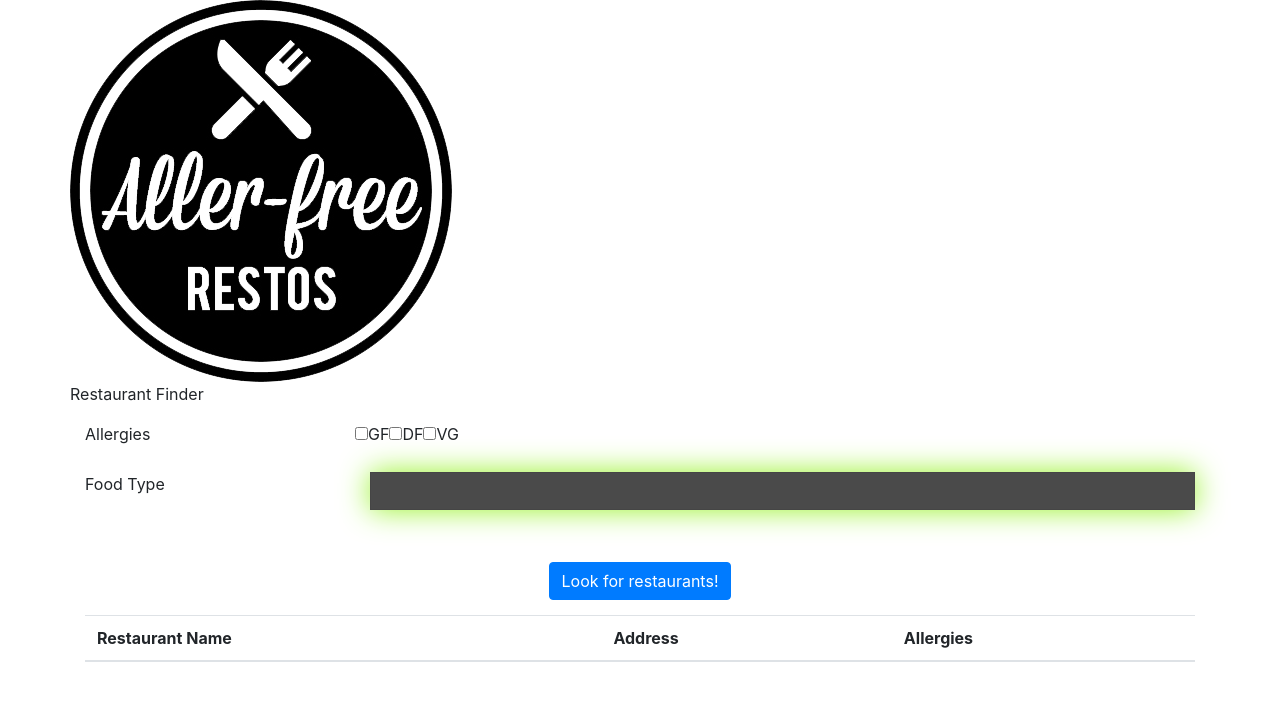
Repository: KobeRox/Loremips
Page: index.html
The author's editor kept a copy of each file at every save. The page is drawn from the files as they stood at one save, then again after the next save.
The browser window is 1280 px wide. The pictures show the whole page.
The first visible `#searchbar` has the focus.
Some web libraries are served in a nearby version.

Above is the page before, as saved 2019-09-08 16:41:19.
Console error: TypeError: Cannot read properties of undefined (reading 'fn')

### index.html
<html>

<head>
    <link rel="stylesheet" href="style.css">
    <link rel="stylesheet" href="https://stackpath.bootstrapcdn.com/bootstrap/4.3.1/css/bootstrap.min.css"
        integrity="sha384-ggOyR0iXCbMQv3Xipma34MD+dH/1fQ784/j6cY/iJTQUOhcWr7x9JvoRxT2MZw1T" crossorigin="anonymous">
    <script src="https://stackpath.bootstrapcdn.com/bootstrap/4.3.1/js/bootstrap.min.js"
        integrity="sha384-JjSmVgyd0p3pXB1rRibZUAYoIIy6OrQ6VrjIEaFf/nJGzIxFDsf4x0xIM+B07jRM"
        crossorigin="anonymous"></script>
    <script src="https://ajax.googleapis.com/ajax/libs/jquery/3.4.1/jquery.min.js"></script>
    <script src="https://code.jquery.com/ui/1.12.1/jquery-ui.min.js"></script>
    <script src="zomato_cuisines.js"></script>
    <script src="zomato_restaurants.js"></script>
    <script src="contractResponse.js"></script>
    <script src="convertDataToHtml.js"></script>
    <script type="text/javascript" charset="utf-8">

        $(document).ready(function () {
            $("#searchbar").autocomplete({
                minLength: 0,
                source: get_cuisineList(),
                focus: function (event, ui) {
                    $("#searchbar").val(ui.item.label);
                    return false;
                },
                select: function (event, ui) {
                    $("#searchbar").val(ui.item.label);
                    return false;
                }
            })

            $("#clicking").click(function () {
                var search = $('#searchbar').val();
                console.log(search)
                var c_list = get_cuisineList();
                console.log(c_list);
                var c_id = get_cuisineId(search);
                console.log(c_id);
                get_restaurants(c_id, function (data) {
                    console.log(data);
                    convertDataToHtml(data);
                });
            });
        });
    </script>
</head>

<body>
    <div class="container">
        <div class="panel-heading">
            <div class="row">
				<div class="col-xs-12">
					<img src="allerfreerestos_logo.png">
				</div>
            </div>
        </div>
        <div class="panel-body">

            <div class="row" style="text-align: center;">
                <p>Restaurant Finder</p>
            </div>
            <div class="row" style="margin-bottom: 10px;">
                <div class="col-xs-3 col-md-3">
                    <p>Allergies</p>
                </div>
                <div class=" col-xs-3 checkbox" style="margin-top: 0px !important">
                    <label>
                        <input type="checkbox" value="apple">GF
                    </label>
                </div>
                <div class=" col-xs-3 checkbox">
                    <label>
                        <input type="checkbox" value="pear">DF
                    </label>
                </div>
                <div class=" col-xs-3 checkbox">
                    <label>
                        <input type="checkbox" value="orange">VG
                    </label>
                </div>
            </div>


            <div class="row" style="margin-bottom: 50px;">
                <div class="col-xs-3 col-md-3">
                    <p>Food Type</p>
                </div>


                <div class="col-xs-9 col-md-9">
                    <input type="text" class="form-control" id='searchbar'>
                </div>

            </div>
            <div class="row" style="text-align: center;">
                <div class="col-xs-12 col-md-12">
                    <button type="button" class="btn btn-primary" style="margin-bottom: 15px;" id="clicking">Look
                        for restaurants!</button>
                </div>
            </div>
        </div>

        <div class="row">
            <div class="col-xs-12 col-md-12">
                <table class="table">
                    <thead>
                        <tr>
                            <th scope="col">Restaurant Name</th>
                            <th scope="col">Address</th>
                            <th scope="col">Allergies</th>
                        </tr>
                    <tbody id="restoResults">

                    </tbody>
                    </thead>
                </table>
            </div>


        </div>
        <!-- <div class="panel-footer"></div> -->
    </div>


</body>

</html>

### style.css
#searchbar {
  border-radius: 0px;
  background: #4a4a4a;
  color: #ce7f7f;
  border: 1px solid #454545;
  height: 0 0 30px;
}
#searchbar:hover {
  background: gray;
}

#searchbar:focus {
  box-shadow: 0 0 30px #96f226;
}
.ui-tooltip {
  background: yellow;
  color: #96f226;
  border: 2px solid navy;
  border-radius: 0px;
  box-shadow: 0 0;
}
.ui-autocomplete {
  background: #4a4a4a;
  border-radius: 0px;
}
.ui-autocomplete.source:hover {
  background: #2b9aa8;
}

.ui-menu .ui-menu-item a {
  background: red;
  height: 10px;
  font-size: 8px;
}

### zomato_cuisines.js
function get_cuisineId(name){

	for(var i=0; i<list_cuisine.length; i++){
		if (list_cuisine[i]["cuisine"]["cuisine_name"] == name)
			return list_cuisine[i]["cuisine"]["cuisine_id"];
	}
}

function get_cuisineList(){
	var cuisine_names= [];
	for(var i=0; i<6; i++){
		cuisine_names.push(list_cuisine[i]["cuisine"]["cuisine_name"]);
	}
	return cuisine_names;
}
var  list_cuisine = [
        {
            "cuisine": {
                "cuisine_id": 6,
                "cuisine_name": "Afghani"
            }
        },
        {
            "cuisine": {
                "cuisine_id": 152,
                "cuisine_name": "African"
            }
        },
        {
            "cuisine": {
                "cuisine_id": 1,
                "cuisine_name": "American"
            }
        },
        {
            "cuisine": {
                "cuisine_id": 4,
                "cuisine_name": "Arabian"
            }
        },
        {
            "cuisine": {
                "cuisine_id": 151,
                "cuisine_name": "Argentine"
            }
        },
        {
            "cuisine": {
                "cuisine_id": 3,
                "cuisine_name": "Asian"
            }
        },
        {
            "cuisine": {
                "cuisine_id": 401,
                "cuisine_name": "Asian Fusion"
            }
        },
        {
            "cuisine": {
                "cuisine_id": 193,
                "cuisine_name": "BBQ"
            }
        },
        {
            "cuisine": {
                "cuisine_id": 5,
                "cuisine_name": "Bakery"
            }
        },
        {
            "cuisine": {
                "cuisine_id": 227,
                "cuisine_name": "Bar Food"
            }
        },
        {
            "cuisine": {
                "cuisine_id": 132,
                "cuisine_name": "Belgian"
            }
        },
        {
            "cuisine": {
                "cuisine_id": 270,
                "cuisine_name": "Beverages"
            }
        },
        {
            "cuisine": {
                "cuisine_id": 159,
                "cuisine_name": "Brazilian"
            }
        },
        {
            "cuisine": {
                "cuisine_id": 133,
                "cuisine_name": "British"
            }
        },
        {
            "cuisine": {
                "cuisine_id": 247,
                "cuisine_name": "Bubble Tea"
            }
        },
        {
            "cuisine": {
                "cuisine_id": 168,
                "cuisine_name": "Burger"
            }
        },
        {
            "cuisine": {
                "cuisine_id": 1039,
                "cuisine_name": "Cafe Food"
            }
        },
        {
            "cuisine": {
                "cuisine_id": 111,
                "cuisine_name": "Cambodian"
            }
        },
        {
            "cuisine": {
                "cuisine_id": 121,
                "cuisine_name": "Cantonese"
            }
        },
        {
            "cuisine": {
                "cuisine_id": 994,
                "cuisine_name": "Charcoal Chicken"
            }
        },
        {
            "cuisine": {
                "cuisine_id": 25,
                "cuisine_name": "Chinese"
            }
        },
        {
            "cuisine": {
                "cuisine_id": 161,
                "cuisine_name": "Coffee and Tea"
            }
        },
        {
            "cuisine": {
                "cuisine_id": 287,
                "cuisine_name": "Colombian"
            }
        },
        {
            "cuisine": {
                "cuisine_id": 144,
                "cuisine_name": "Contemporary"
            }
        },
        {
            "cuisine": {
                "cuisine_id": 35,
                "cuisine_name": "Continental"
            }
        },
        {
            "cuisine": {
                "cuisine_id": 928,
                "cuisine_name": "Creole"
            }
        },
        {
            "cuisine": {
                "cuisine_id": 881,
                "cuisine_name": "Crepes"
            }
        },
        {
            "cuisine": {
                "cuisine_id": 192,
                "cuisine_name": "Deli"
            }
        },
        {
            "cuisine": {
                "cuisine_id": 100,
                "cuisine_name": "Desserts"
            }
        },
        {
            "cuisine": {
                "cuisine_id": 268,
                "cuisine_name": "Drinks Only"
            }
        },
        {
            "cuisine": {
                "cuisine_id": 985,
                "cuisine_name": "Dumplings"
            }
        },
        {
            "cuisine": {
                "cuisine_id": 38,
                "cuisine_name": "European"
            }
        },
        {
            "cuisine": {
                "cuisine_id": 571,
                "cuisine_name": "Falafel"
            }
        },
        {
            "cuisine": {
                "cuisine_id": 40,
                "cuisine_name": "Fast Food"
            }
        },
        {
            "cuisine": {
                "cuisine_id": 1006,
                "cuisine_name": "Fijian"
            }
        },
        {
            "cuisine": {
                "cuisine_id": 112,
                "cuisine_name": "Filipino"
            }
        },
        {
            "cuisine": {
                "cuisine_id": 271,
                "cuisine_name": "Finger Food"
            }
        },
        {
            "cuisine": {
                "cuisine_id": 298,
                "cuisine_name": "Fish and Chips"
            }
        },
        {
            "cuisine": {
                "cuisine_id": 45,
                "cuisine_name": "French"
            }
        },
        {
            "cuisine": {
                "cuisine_id": 1025,
                "cuisine_name": "Fried Chicken"
            }
        },
        {
            "cuisine": {
                "cuisine_id": 501,
                "cuisine_name": "Frozen Yogurt"
            }
        },
        {
            "cuisine": {
                "cuisine_id": 274,
                "cuisine_name": "Fusion"
            }
        },
        {
            "cuisine": {
                "cuisine_id": 134,
                "cuisine_name": "German"
            }
        },
        {
            "cuisine": {
                "cuisine_id": 156,
                "cuisine_name": "Greek"
            }
        },
        {
            "cuisine": {
                "cuisine_id": 181,
                "cuisine_name": "Grill"
            }
        },
        {
            "cuisine": {
                "cuisine_id": 521,
                "cuisine_name": "Hawaiian"
            }
        },
        {
            "cuisine": {
                "cuisine_id": 143,
                "cuisine_name": "Healthy Food"
            }
        },
        {
            "cuisine": {
                "cuisine_id": 1022,
                "cuisine_name": "Hot Pot"
            }
        },
        {
            "cuisine": {
                "cuisine_id": 228,
                "cuisine_name": "Hungarian"
            }
        },
        {
            "cuisine": {
                "cuisine_id": 233,
                "cuisine_name": "Ice Cream"
            }
        },
        {
            "cuisine": {
                "cuisine_id": 148,
                "cuisine_name": "Indian"
            }
        },
        {
            "cuisine": {
                "cuisine_id": 114,
                "cuisine_name": "Indonesian"
            }
        },
        {
            "cuisine": {
                "cuisine_id": 154,
                "cuisine_name": "International"
            }
        },
        {
            "cuisine": {
                "cuisine_id": 140,
                "cuisine_name": "Iranian"
            }
        },
        {
            "cuisine": {
                "cuisine_id": 135,
                "cuisine_name": "Irish"
            }
        },
        {
            "cuisine": {
                "cuisine_id": 55,
                "cuisine_name": "Italian"
            }
        },
        {
            "cuisine": {
                "cuisine_id": 60,
                "cuisine_name": "Japanese"
            }
        },
        {
            "cuisine": {
                "cuisine_id": 265,
                "cuisine_name": "Jewish"
            }
        },
        {
            "cuisine": {
                "cuisine_id": 1042,
                "cuisine_name": "Jiangnan"
            }
        },
        {
            "cuisine": {
                "cuisine_id": 164,
                "cuisine_name": "Juices"
            }
        },
        {
            "cuisine": {
                "cuisine_id": 178,
                "cuisine_name": "Kebab"
            }
        },
        {
            "cuisine": {
                "cuisine_id": 167,
                "cuisine_name": "Kiwi"
            }
        },
        {
            "cuisine": {
                "cuisine_id": 67,
                "cuisine_name": "Korean"
            }
        },
        {
            "cuisine": {
                "cuisine_id": 1021,
                "cuisine_name": "Korean BBQ"
            }
        },
        {
            "cuisine": {
                "cuisine_id": 136,
                "cuisine_name": "Latin American"
            }
        },
        {
            "cuisine": {
                "cuisine_id": 66,
                "cuisine_name": "Lebanese"
            }
        },
        {
            "cuisine": {
                "cuisine_id": 69,
                "cuisine_name": "Malaysian"
            }
        },
        {
            "cuisine": {
                "cuisine_id": 977,
                "cuisine_name": "Meat Pie"
            }
        },
        {
            "cuisine": {
                "cuisine_id": 70,
                "cuisine_name": "Mediterranean"
            }
        },
        {
            "cuisine": {
                "cuisine_id": 73,
                "cuisine_name": "Mexican"
            }
        },
        {
            "cuisine": {
                "cuisine_id": 137,
                "cuisine_name": "Middle Eastern"
            }
        },
        {
            "cuisine": {
                "cuisine_id": 294,
                "cuisine_name": "Modern European"
            }
        },
        {
            "cuisine": {
                "cuisine_id": 1055,
                "cuisine_name": "Modern New Zealand"
            }
        },
        {
            "cuisine": {
                "cuisine_id": 74,
                "cuisine_name": "Mongolian"
            }
        },
        {
            "cuisine": {
                "cuisine_id": 147,
                "cuisine_name": "Moroccan"
            }
        },
        {
            "cuisine": {
                "cuisine_id": 117,
                "cuisine_name": "Nepalese"
            }
        },
        {
            "cuisine": {
                "cuisine_id": 50,
                "cuisine_name": "North Indian"
            }
        },
        {
            "cuisine": {
                "cuisine_id": 321,
                "cuisine_name": "Pacific"
            }
        },
        {
            "cuisine": {
                "cuisine_id": 139,
                "cuisine_name": "Pakistani"
            }
        },
        {
            "cuisine": {
                "cuisine_id": 209,
                "cuisine_name": "Pan Asian"
            }
        },
        {
            "cuisine": {
                "cuisine_id": 162,
                "cuisine_name": "Peruvian"
            }
        },
        {
            "cuisine": {
                "cuisine_id": 1020,
                "cuisine_name": "Pho"
            }
        },
        {
            "cuisine": {
                "cuisine_id": 82,
                "cuisine_name": "Pizza"
            }
        },
        {
            "cuisine": {
                "cuisine_id": 1019,
                "cuisine_name": "Poké"
            }
        },
        {
            "cuisine": {
                "cuisine_id": 87,
                "cuisine_name": "Portuguese"
            }
        },
        {
            "cuisine": {
                "cuisine_id": 983,
                "cuisine_name": "Pub Food"
            }
        },
        {
            "cuisine": {
                "cuisine_id": 320,
                "cuisine_name": "Ramen"
            }
        },
        {
            "cuisine": {
                "cuisine_id": 1033,
                "cuisine_name": "Roast"
            }
        },
        {
            "cuisine": {
                "cuisine_id": 84,
                "cuisine_name": "Russian"
            }
        },
        {
            "cuisine": {
                "cuisine_id": 998,
                "cuisine_name": "Salad"
            }
        },
        {
            "cuisine": {
                "cuisine_id": 304,
                "cuisine_name": "Sandwich"
            }
        },
        {
            "cuisine": {
                "cuisine_id": 83,
                "cuisine_name": "Seafood"
            }
        },
        {
            "cuisine": {
                "cuisine_id": 831,
                "cuisine_name": "Shanghai"
            }
        },
        {
            "cuisine": {
                "cuisine_id": 128,
                "cuisine_name": "Sichuan"
            }
        },
        {
            "cuisine": {
                "cuisine_id": 119,
                "cuisine_name": "Singaporean"
            }
        },
        {
            "cuisine": {
                "cuisine_id": 85,
                "cuisine_name": "South Indian"
            }
        },
        {
            "cuisine": {
                "cuisine_id": 89,
                "cuisine_name": "Spanish"
            }
        },
        {
            "cuisine": {
                "cuisine_id": 86,
                "cuisine_name": "Sri Lankan"
            }
        },
        {
            "cuisine": {
                "cuisine_id": 141,
                "cuisine_name": "Steak"
            }
        },
        {
            "cuisine": {
                "cuisine_id": 90,
                "cuisine_name": "Street Food"
            }
        },
        {
            "cuisine": {
                "cuisine_id": 177,
                "cuisine_name": "Sushi"
            }
        },
        {
            "cuisine": {
                "cuisine_id": 190,
                "cuisine_name": "Taiwanese"
            }
        },
        {
            "cuisine": {
                "cuisine_id": 179,
                "cuisine_name": "Tapas"
            }
        },
        {
            "cuisine": {
                "cuisine_id": 163,
                "cuisine_name": "Tea"
            }
        },
        {
            "cuisine": {
                "cuisine_id": 981,
                "cuisine_name": "Teppanyaki"
            }
        },
        {
            "cuisine": {
                "cuisine_id": 150,
                "cuisine_name": "Tex-Mex"
            }
        },
        {
            "cuisine": {
                "cuisine_id": 95,
                "cuisine_name": "Thai"
            }
        },
        {
            "cuisine": {
                "cuisine_id": 142,
                "cuisine_name": "Turkish"
            }
        },
        {
            "cuisine": {
                "cuisine_id": 1038,
                "cuisine_name": "Uyghur"
            }
        },
        {
            "cuisine": {
                "cuisine_id": 1034,
                "cuisine_name": "Vegan"
            }
        },
        {
            "cuisine": {
                "cuisine_id": 308,
                "cuisine_name": "Vegetarian"
            }
        },
        {
            "cuisine": {
                "cuisine_id": 641,
                "cuisine_name": "Venezuelan"
            }
        },
        {
            "cuisine": {
                "cuisine_id": 99,
                "cuisine_name": "Vietnamese"
            }
        },
        {
            "cuisine": {
                "cuisine_id": 978,
                "cuisine_name": "Yum Cha"
            }
        }
    ]

### zomato_restaurants.js
function get_restaurants(cuisine_id, callback) {
  $.ajax({
    url:
      "https://developers.zomato.com/api/v2.1/search?city_id=70&cuisines=" +
      cuisine_id,
    type: "GET",
    //d323749b276f5be54a2e776c45a7ad1a
    //b17db59020e7fbe543111e1e6c2e5ecb
    beforeSend: function(xhr) {
      xhr.setRequestHeader("user-key", "d323749b276f5be54a2e776c45a7ad1a");
    },
    success: function(data) {
      callback(convertContract(data));
    }
  });
}

### contractResponse.js
function convertContract(input) {
  var results = [];

  for (var x = 0; x < input.results_shown; x++) {
    results.push({
      restaurantName: input.restaurants[x].restaurant.name,
      address: input.restaurants[x].restaurant.location.address,
      allergies: input.restaurants[x].restaurant.cuisines.split(",")
    });
  }
  return results;
}

### convertDataToHtml.js

function convertDataToHtml(data){
    var html;
    var test2 = document.getElementById('restoResults');
    test2.innerHTML = " ";
    for(var test in data){
        let dataRow = data[test]
        var row = document.createElement('tr');
        for (var property in dataRow) {
            var th = document.createElement('td');
            th.scope = "col";
            th.innerText = dataRow[property];
            row.appendChild(th);
        }
        test2.appendChild(row);
    }
    return html;
}

After the next save:
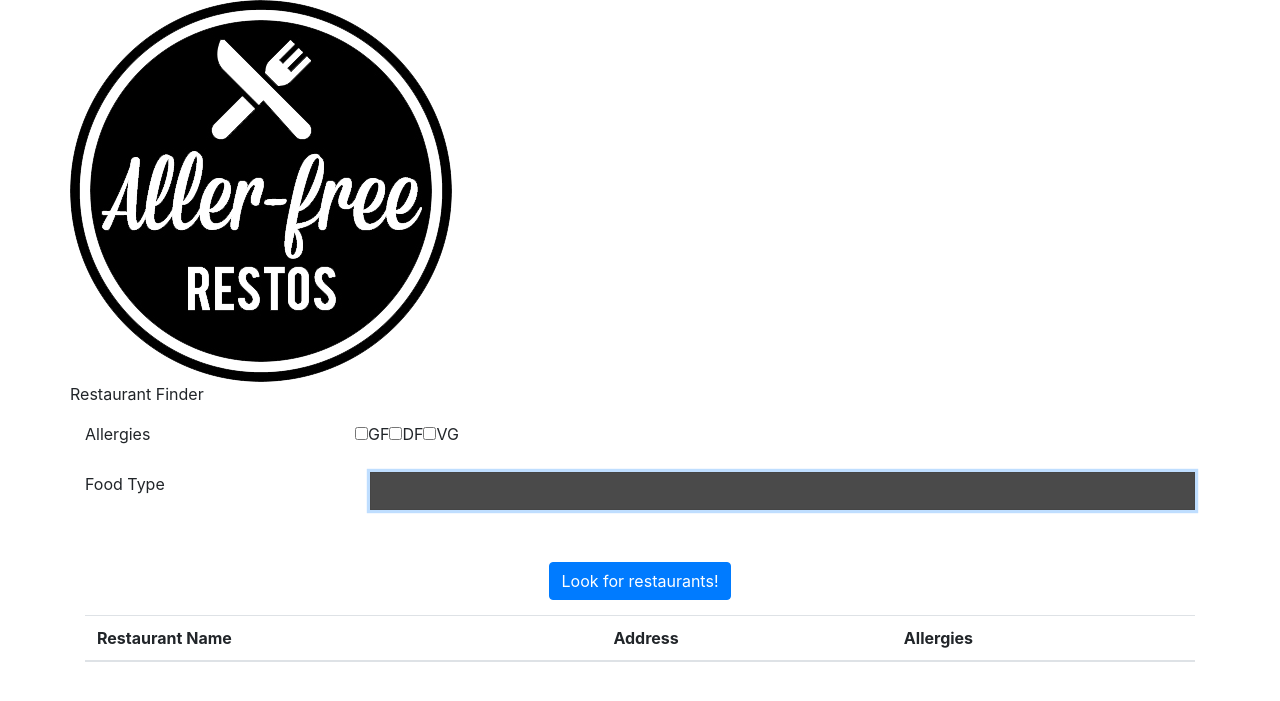
Saved 8 s later.
--- a/style.css
+++ b/style.css
@@ -8,10 +8,10 @@
 #searchbar:hover {
   background: gray;
 }
-
-#searchbar:focus {
+#searchbar:active {
   box-shadow: 0 0 30px #96f226;
 }
+
 .ui-tooltip {
   background: yellow;
   color: #96f226;
